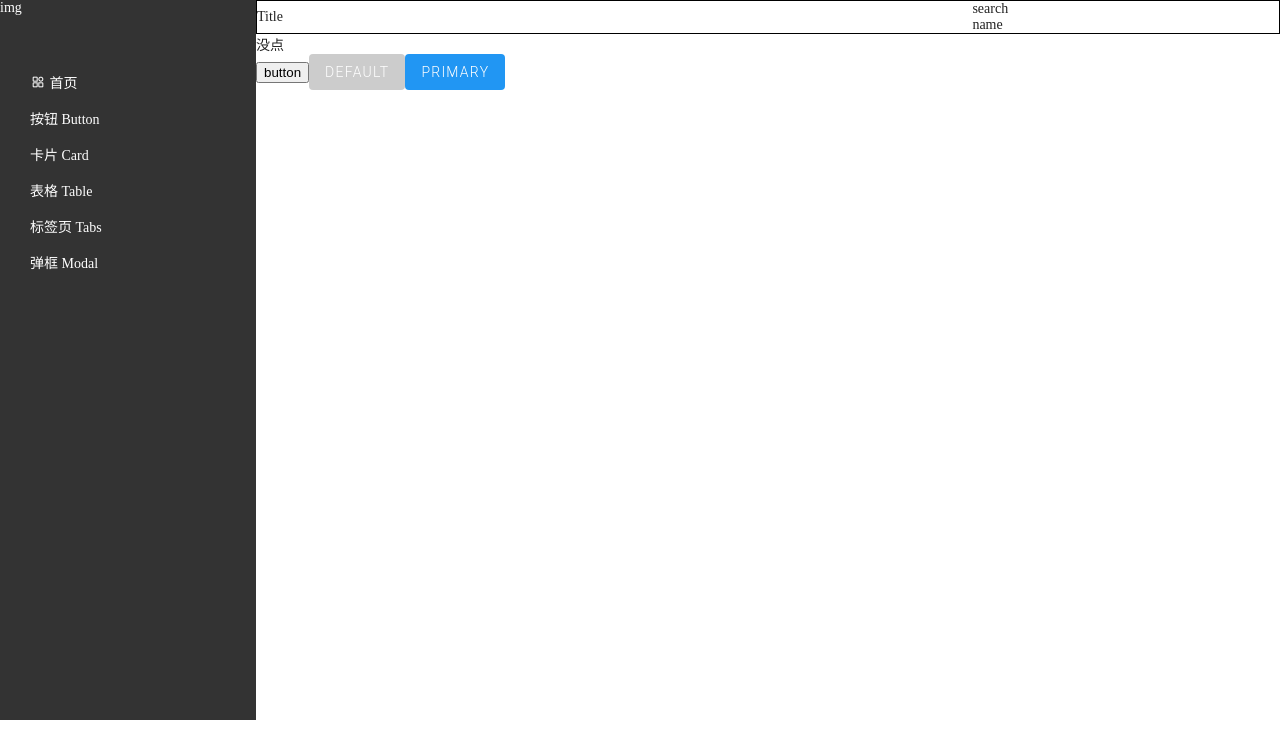
Repository: wyhsunflower/koalaUI
Page: /
An editor plug-in stored every save of this project. The page is shown before and after the next save, followed by the edit.
The browser window is 1280 px wide. The pictures show the whole page.
The project was rebuilt for these pictures with package versions that can differ from the ones it lists, and the page was loaded fresh each time. Also part of the build but not shown: webpack.config.js, src/components/Modal/Modal.vue. Imported but missing from the stored project, and not drawn on this page: src/views/go/go2.vue.

Above is the page before, as saved 2020-03-12 21:55:49.

### index.html
<!DOCTYPE html>
<html lang="en">
<head>
    <meta charset="UTF-8">
    <title>koala's UI</title>
</head>
<body>
<div id="app"></div>
</body>
</html>

### src/index.js
import Vue from 'vue';
import App from './app';
import './components/components.js'
import './styles/global.scss';
import './styles/iconfont/icon.scss'
import router from './router/route';


new Vue({
    router,
    render(h) {
        return h(App);
    }
}).$mount('#app');

### src/app.vue
<template>
    <div id="app" class="container">
        <SideBar></SideBar>
        <div class="right">
            <Header></Header>
            <div class="main">
                <transition>
                 <router-view></router-view>
                </transition>
            </div>
        </div>
    </div>
</template>
<script>
    import SideBar from './SideBar';
    import Header from './Header';
    export default {
        name: "app",
        components:{
            SideBar,
            Header
        },
    }
</script>

<style lang="scss" scoped>
    @import "styles/global";
    .container{
        width: 100%;
        display: flex;
        flex-flow: row nowrap;
        height: 100%;
    }
    .right{
        width: 80%;
        height: 100%;
    }
        .main{
            width: 100%;
            height: 100%;
        }
</style>

### src/components/components.js
import Vue from 'vue'
import Button from './Button/Button';
import Modal from './Modal/Modal';

Vue.component('Button',Button);
Vue.component('Modal',Modal);

### src/styles/global.scss
$font-color: rgba(0,0,0, 0.87);
$color-btn-default:#ccc;
$color-btn-primary:#2196f3;
* {
    box-sizing: border-box;
}
html, body {
    margin: 0;
    padding: 0;
}
html{
    width: 100%;
    height: 100%;
    outline: none;
}
body {
    color: $font-color;
    font-size: 14px;
    height: 100%;
    width: 100%;
}
.koala-button{
    font-family: Roboto, sans-serif;
    -moz-osx-font-smoothing: grayscale;
    -webkit-font-smoothing: antialiased;
    font-size: .875rem;
    line-height: 2.25rem;
    font-weight: 500;
    letter-spacing: .0892857143em;
    text-decoration: none;
    text-transform: uppercase;
    padding: 0 8px 0 8px;
    display: inline-flex;
    position: relative;
    align-items: center;
    justify-content: center;
    box-sizing: border-box;
    min-width: 64px;
    border: none;
    outline: none;
    line-height: inherit;
    -webkit-user-select: none;
    -moz-user-select: none;
    -ms-user-select: none;
    user-select: none;
    -webkit-appearance: none;
    overflow: visible;
    vertical-align: middle;
    border-radius: 4px;
}

### src/styles/iconfont/icon.scss
@font-face {font-family: "iconfont";
  src: url('./iconfont.eot?t=1575969178796'); /* IE9 */
  src: url('./iconfont.eot?t=1575969178796#iefix') format('embedded-opentype'), /* IE6-IE8 */
       url('./iconfont.woff?t=1575969178796') format('woff'),
       url('./iconfont.ttf?t=1575969178796') format('truetype'), /* chrome, firefox, opera, Safari, Android, iOS 4.2+ */
       url('./iconfont.svg?t=1575969178796#iconfont') format('svg'); /* iOS 4.1- */
}
.iconfont {
  font-family: "iconfont" !important;
  font-size: 16px;
  font-style: normal;
  -webkit-font-smoothing: antialiased;
  -moz-osx-font-smoothing: grayscale;
}
.icon-all:before {
  content: "\e6ef";
}

### src/router/route.js
import Router from 'vue-router';
import Vue from 'vue';
//import Home from '../app';
//import Button from '../components/Button/Button';
import Home from '../views/home';


const routerListDir=[];

function importAllRouter(r) {
    r.keys().forEach(
        (key)=>routerListDir.push(r(key).default)
    )
}

importAllRouter(require.context('../router',true,/\.router\.js/));
Vue.use(Router);
console.log(routerListDir);

export default new Router({
    routes: [
        ...routerListDir,
        { path: '/',component:Home},
        //{ path: '/button',component:Button},
    ]
});

### src/SideBar.vue
<template>
    <div class="side">
        <div class="top">
            <div>img</div>
            <!--<img src="./static/img/logo.jpg">-->
        </div>
        <ul class="side-list">
            <li v-for="x of lists">
                <i class="iconfont" :class="x.icon"></i>
                {{x.name}}
            </li>
        </ul>
    </div>
</template>

<script>
    export default {
        name: "SideBar",
        data(){
            return{
                lists:[
                    {
                        name:'首页',
                        icon:'icon-all',
                    },
                    {
                        name:'按钮 Button',
                        icon:'button',
                    },
                    {
                        name:'卡片 Card',
                        icon:'card',
                    },
                    {
                        name:'表格 Table',
                        icon:'table',
                    },
                    {
                        name:'标签页 Tabs',
                        icon:'tabs',
                    },
                    {
                        name:'弹框 Modal',
                        icon:'modal',
                    },
                ],
            }
        },
    }
</script>

<style lang="scss" scoped>
    .side {
        max-width: 300px;
        width: 20%;
        background: rgba(0,0,0,.8);
        height: 100%;
        color: #fff;
    }
    .top {
        height: 50px;
    }
    ul{
        list-style: none;
        padding: 0;
    }
    li{
        padding: 8px 30px;
        &:hover{background: rgba(0,0,0,.2);}
    }
</style>

### src/Header.vue
<template>
    <div class="header">
        <div class="title">Title</div>
        <div class="right">
            <div class="search">search</div>
            <div class="config">name</div>
        </div>
    </div>
</template>

<script>
    export default {
        name: "Header"
    }
</script>

<style lang="scss" scoped>
    .header{
        width: 100%;
        display: flex;
        justify-content: space-between;
        align-items: center;
        border: 1px solid #000;
    }
    .title{
        width: 60%;
    }
    .right{
        width: 30%;
    }
</style>

### src/components/Button/Button.vue
<template>
    <component
            class="koala-button"
            :class="buttonType"
            is="button"
            @click="onClick"
    >
        <slot></slot>
    </component>
</template>

<script>
    //type color icon
    export default {
        name: "Button",
        props:['self','type','color'],
        data(){
            return{
            }
        },
        components:{

        },
        computed:{
            buttonType(){
                return `koala-button-${this.type}`
            },
        },
        methods:{
            onClick(e){
                this.$emit('click', e);
            }
        },
        mounted(){
        },
    }
</script>

<style lang="scss" scoped >
    @import "../../styles/global.scss";
.koala-button{
    background-color:#ccc;
    min-width: 4.5rem;
    border-radius: .25rem;
    color: #fff;
    font-size: .875rem;
    font-weight: 300;
    box-sizing: border-box;
    position: relative;
    -webkit-user-select: none;
    -moz-user-select: none;
    -ms-user-select: none;
    user-select: none;
    cursor: pointer;
    outline: none;
    border: none;
    -webkit-tap-highlight-color: transparent;
    display: inline-block;
    white-space: nowrap;
    text-decoration: none;
    vertical-align: baseline;
    text-align: center;
    margin: 0;
    min-width: 64px;
    line-height: 36px;
    padding: 0 16px;
    border-radius: 4px;
    overflow: visible;
    transform: translate3d(0, 0, 0);
    transition: background 400ms cubic-bezier(0.25, 0.8, 0.25, 1),box-shadow 280ms cubic-bezier(0.4, 0, 0.2, 1);
}
    .koala-button-default{
        background-color:$color-btn-default;
    }
    .koala-button-primary{
        background-color:$color-btn-primary;
    }
</style>

### src/views/home.vue
<template>
    <div class="main-container">
        <div>{{message}}</div>
        <button @click="showModal">button</button>
        <Modal v-if="modal" :self="this" :confirmCallback="confirmWay" :cancelCallback="cancelWay">
            <div>Modal组件</div>
            <div>Modal组件</div>
            <div>Modal组件</div>
            <div>Modal组件</div>
            <div>Modal组件</div>
            <div>Modal组件</div>
        </Modal>
        <Button @click="clicked('default')" type="default">Default</Button>
        <Button @click="clicked('primary')" type="primary">Primary</Button>
    </div>
</template>

<script>
    // import Modal from '../components/Modal/Modal.vue'
    // import Button from '../components/Button/Button.vue'
    export default {
        name: "home",
        data(){
            return{
                modal:false,
                message:'没点'
            }
        },
        // components:{
        //     Button
        // },
        methods:{
            showModal(){
                this.modal = true
            },
            confirmWay(){
                this.message = '确定'
            },
            cancelWay(){
                this.message = '取消了'
            },
            clicked(name){
                alert(name)
            },
        },
    }
</script>

<style scoped>

</style>

### src/router/button.router.js
import Button from '../components/Button/Button';
export default {
    path: '/button',
    name: 'button',
    component:Button,
    children:[]
}

### src/router/modal.router.js
import Modal from '../components/Modal/Modal';
export default {
    path: '/modal',
    name: 'modal',
    component:Modal,
}

### src/router/sample.router.js
import Sample from '../views/go/go2.vue';
export default {
    path: '/sample',
    name: 'sample',
    component:Sample,
}

After the next save:
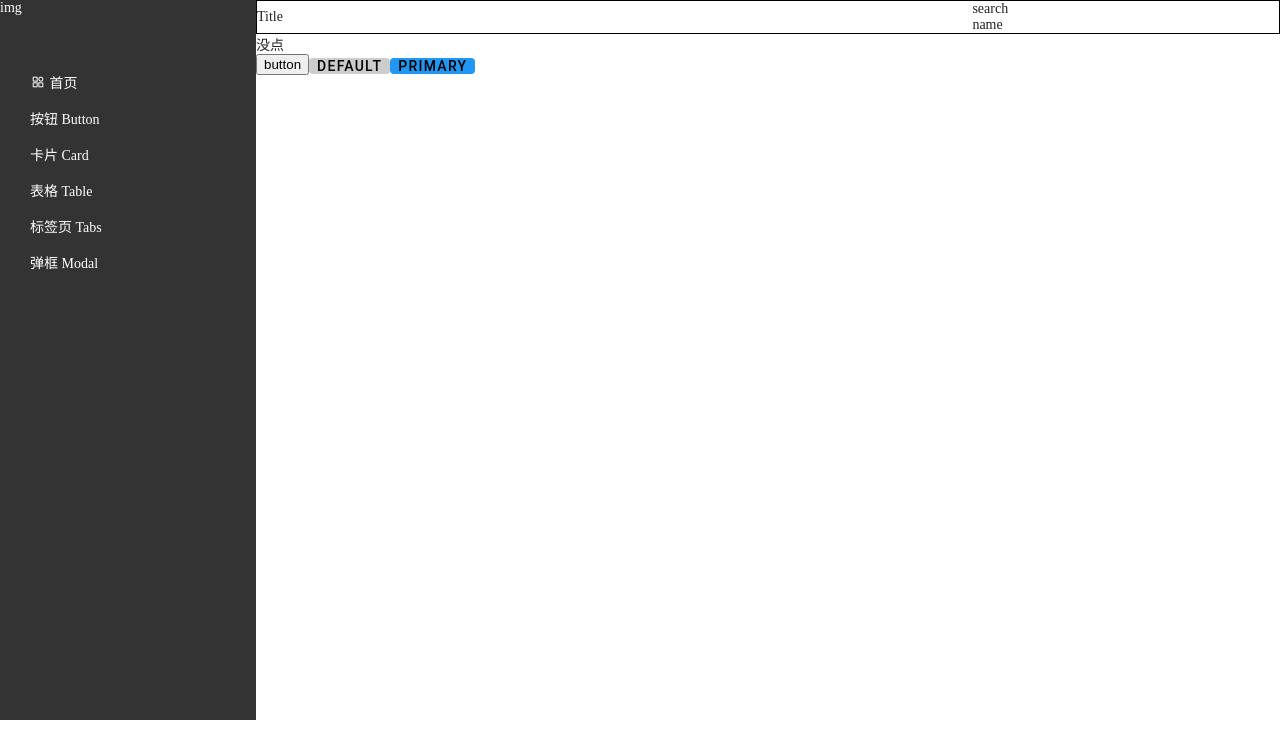
Saved 8 s later.
--- a/src/components/Button/Button.vue
+++ b/src/components/Button/Button.vue
@@ -38,37 +38,7 @@
 
 <style lang="scss" scoped >
     @import "../../styles/global.scss";
-.koala-button{
-    background-color:#ccc;
-    min-width: 4.5rem;
-    border-radius: .25rem;
-    color: #fff;
-    font-size: .875rem;
-    font-weight: 300;
-    box-sizing: border-box;
-    position: relative;
-    -webkit-user-select: none;
-    -moz-user-select: none;
-    -ms-user-select: none;
-    user-select: none;
-    cursor: pointer;
-    outline: none;
-    border: none;
-    -webkit-tap-highlight-color: transparent;
-    display: inline-block;
-    white-space: nowrap;
-    text-decoration: none;
-    vertical-align: baseline;
-    text-align: center;
-    margin: 0;
-    min-width: 64px;
-    line-height: 36px;
-    padding: 0 16px;
-    border-radius: 4px;
-    overflow: visible;
-    transform: translate3d(0, 0, 0);
-    transition: background 400ms cubic-bezier(0.25, 0.8, 0.25, 1),box-shadow 280ms cubic-bezier(0.4, 0, 0.2, 1);
-}
+
     .koala-button-default{
         background-color:$color-btn-default;
     }
